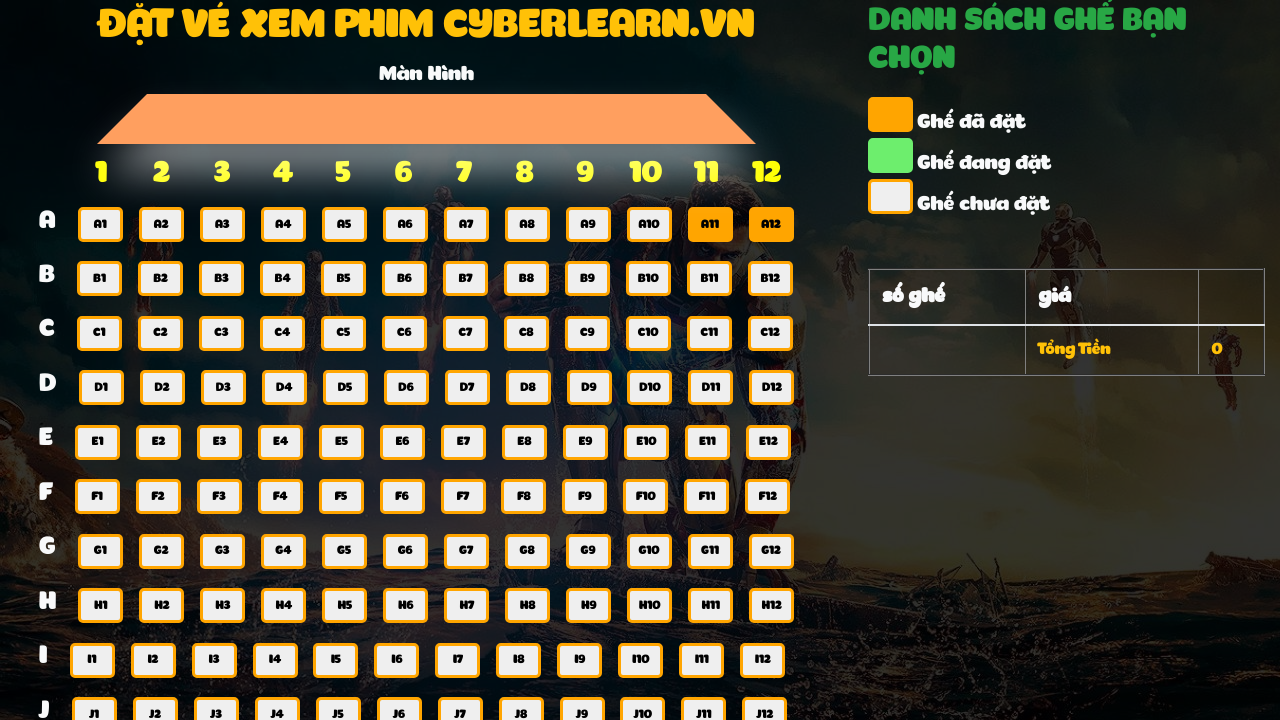
Repository: LeHieuSP/Baitapthukinh_LTH_FE70
Page: /
The author's editor kept a copy of each file at every save. The page is drawn from the files as they stood at one save, then again after the next save.
The browser window is 1280 px wide. The pictures show the whole page.
The project was rebuilt for these pictures with package versions that can differ from the ones it lists, and the page was loaded fresh each time. Also part of the build but not shown: src/index.css, src/App.css.

Above is the page before, as saved 2022-03-09 14:17:04.

After the next save:
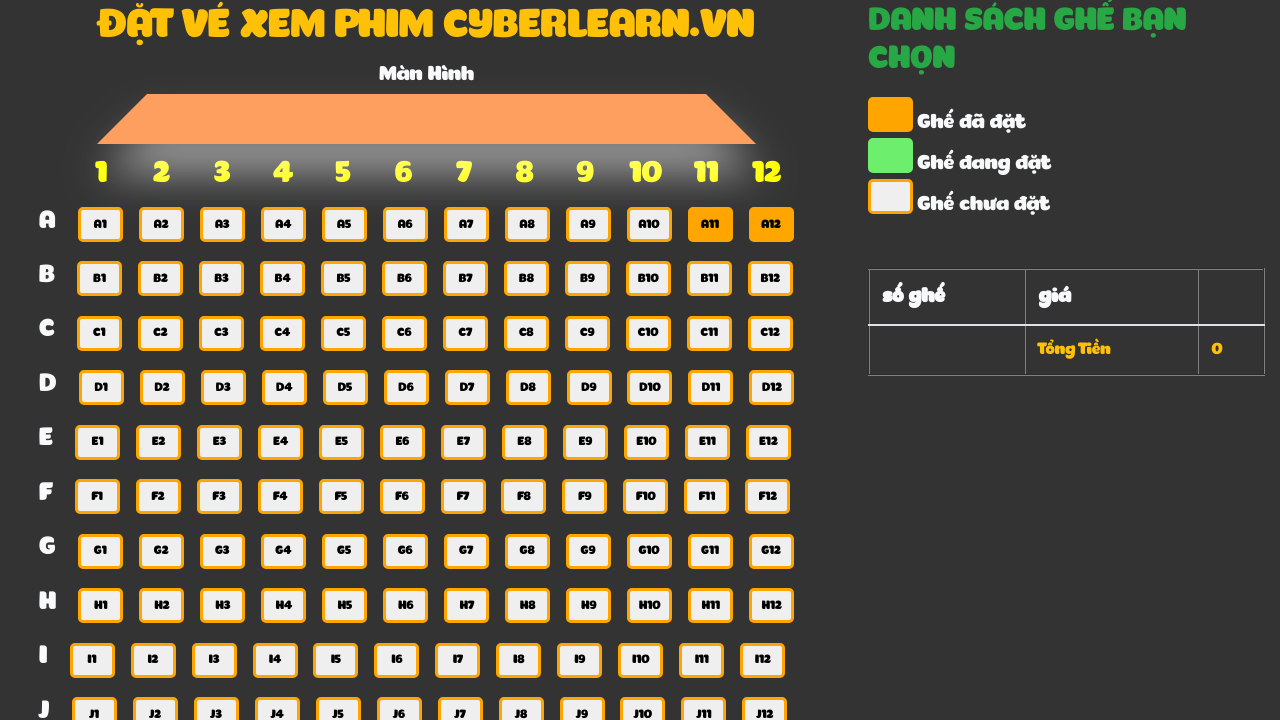
Saved 3 min 8 s later.
--- a/src/BaiTapRedux/BaiTapBookingTicket/BaiTapBookingTicket.js
+++ b/src/BaiTapRedux/BaiTapBookingTicket/BaiTapBookingTicket.js
@@ -21,7 +21,7 @@
     render() {
     return (
       <div className="bookingMovie" style={{position:"fixed",width:'100%',height:'100%',
-      backgroundImage:"url('./img/bookingTicket/bgmovie.jpg')"}}>
+      backgroundImage:"url('./img/bookingTicket/bgmovie.jpg')",backgroundImage:"cover"}}>
           <div style={{position:"fixed",width:'100%',height:'100%',backgroundColor:'rgba(0,0,0,0.8)'}}>
               <div className="container-fluid">
               <div className="row">

After the save that followed:
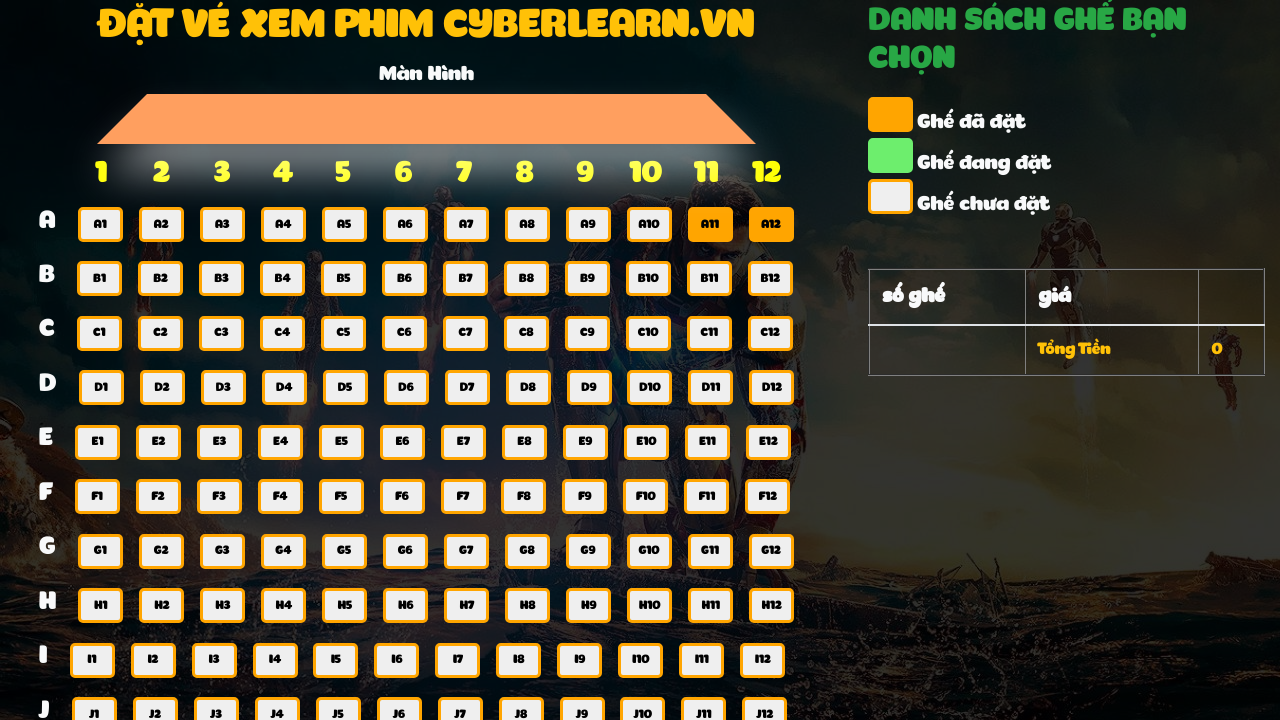
Saved 19 s later.
--- a/src/BaiTapRedux/BaiTapBookingTicket/BaiTapBookingTicket.js
+++ b/src/BaiTapRedux/BaiTapBookingTicket/BaiTapBookingTicket.js
@@ -21,7 +21,7 @@
     render() {
     return (
       <div className="bookingMovie" style={{position:"fixed",width:'100%',height:'100%',
-      backgroundImage:"url('./img/bookingTicket/bgmovie.jpg')",backgroundImage:"cover"}}>
+      backgroundImage:"url('./img/bookingTicket/bgmovie.jpg')"}}>
           <div style={{position:"fixed",width:'100%',height:'100%',backgroundColor:'rgba(0,0,0,0.8)'}}>
               <div className="container-fluid">
               <div className="row">
